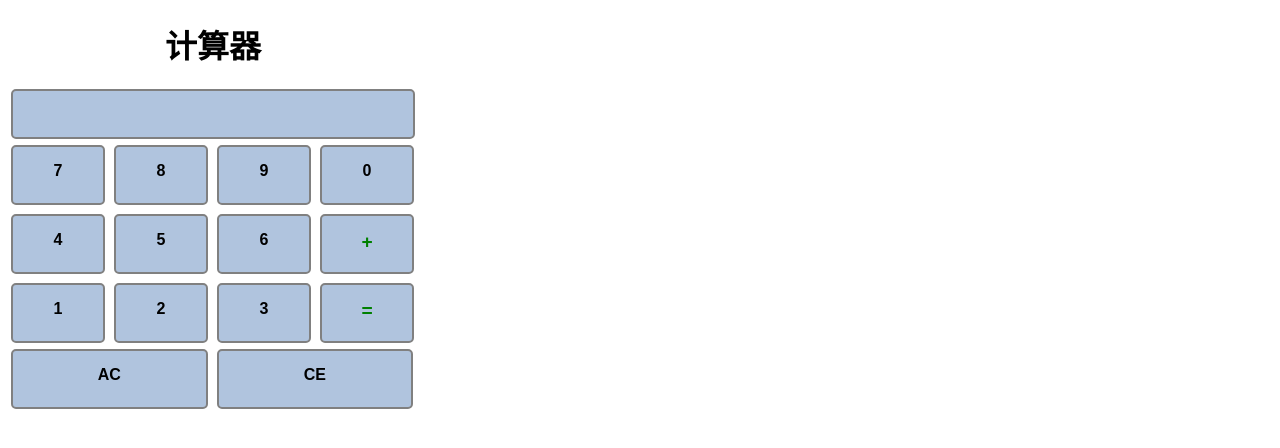
Repository: fzw1202/web-calculator
Page: index.html
These files come from the project's save history. The page is drawn as it stood at one moment and after the next save; the edit follows.
The browser window is 1280 px wide. The pictures show the whole page.

Above is the page before, as saved 2023-03-24 14:41:08.

After the next save:
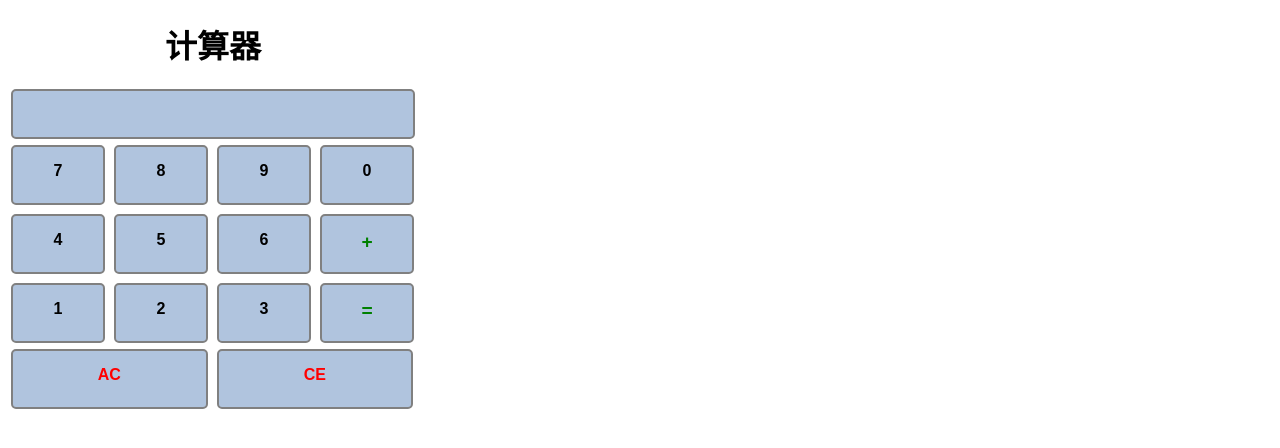
Saved 23 s later.
--- a/css/style.css
+++ b/css/style.css
@@ -64,7 +64,7 @@ body {
     background-color: lightsteelblue;
     border-radius: 5px;
     border: 2px solid gray;
-    color: black;
+    color: red;
     text-align: center;
     font-weight: bold;
     height: 60px;
